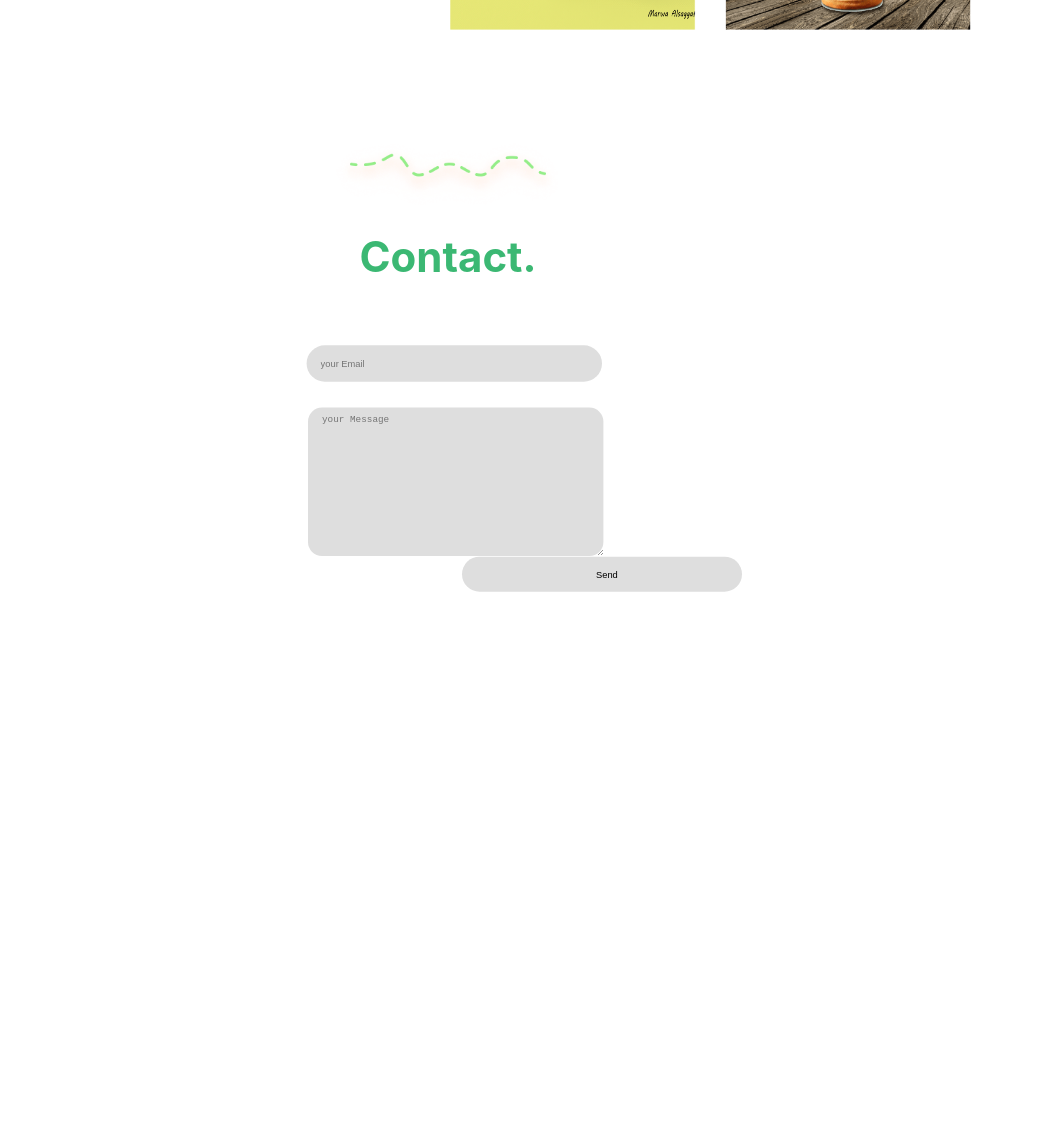
Repository: MEROO1010/Portfolio-2
Page: /
An editor plug-in stored every save of this project. The page is shown before and after the next save, followed by the edit.
The browser window is 1280 px wide. The page is 1500 px wide, so the pictures cover 1500 px, including what lies to the right of the window. The pictures show the part of the page from y = 4025 to 5665 px (the page is 5871 px tall), at 70% of full size.
The project was rebuilt for these pictures with package versions that can differ from the ones it lists, and the page was loaded fresh each time.

Above is the page before, as saved 2023-12-25 13:11:25.

### src/App.js
import './App.css';
import AboutMe from './components/AboutMe';
import Home from './components/Home';
import Navbar from './components/Navbar';
import Services from './components/Services';
import Portfolio from './components/Portfolio';
import Contact from './components/Contact';

function App() {
  return (
    <div className="App">
     <Navbar/>
     <Home/>
     <AboutMe/>
     <Services/>
     <Portfolio/>
     <Contact/>
    </div>
  );
}

export default App;

### src/components/AboutMe.js
import React from 'react'
import styled from "styled-components"
import ABOUTME from "../images/About me.png";

const AboutMe = () => {
  return (
    <Container >
      <img src={ABOUTME}alt=""/>

      <Title>
        <h1>About me</h1>

        <p>
        My name is Marwah Alsaggaf, and I'm a <br/>software developer in <br/>JavaScript,python,flutter and PHP
 and <br/>graphic designer. I  <br/>
            graduated from Arab Open <br/> University with a major in <br/>
             Information Technology and <br/>Computing
        </p>
      </Title>


    </Container>
  )
}


const Container = styled.div `
  img{
    position: relative;
    bottom:450px;
    width:1500px;
    height:1200px;
  }
`

const Title = styled.div `
 h1{
  position:relative;
  bottom:1300px;
  right:300px;
  font-size:50px;
 }

 p{
  position:relative;
  bottom:1250px;
  right:290px;
  font-size:30px;
 }
`

export default AboutMe

### src/components/Home.js
import React from 'react'
import HomeImage from "../images/header background.png";
import Circle from "../images/Green-circle.png";
import Behance from "../images/Behance.png";
import TwitterX from "../images/TwitterX.png";
import LinkedIn from "../images/LinkedIn.png";
import Instagram from "../images/Instagram.png";

import styled from "styled-components"


const Home = () => {
  return (
    <Container>
       <BackgroundImage>
       <img src={HomeImage}alt=""/>

       <h4>Hello! I’m</h4>

       <h3>Marwah Alsaggaf</h3>

       <h1>Graphic Designer &</h1>
       <h1>Full-stack Developer </h1>
       <CircleIcon>
       <img src={Circle}alt=""/>
       </CircleIcon>

       <ul >
            <li><a href='https://github.com/MEROO1010'><img src={Behance}alt=""/></a></li>
            <li><a href='https://www.instagram.com/meroo_alsaggaf/'><img src={TwitterX}alt=""/></a></li>
            <li><a href='https://www.behance.net/merooalsaggaf'><img src={LinkedIn}alt=""/></a></li>
            <li><a href='https://www.linkedin.com/in/marwah-alsaggaf-ba44011b2/'><img src={Instagram}alt=""/></a></li>
          </ul>

          <CVButton>
         <button>CV Here</button>
       </CVButton>
       </BackgroundImage>


    </Container>
  )
}

const Container = styled.div`

`

const BackgroundImage = styled.div `
 img{
  object-fit:cover;
  max-width: 100%;
    max-height: 100%;
  -o-object-fit: contain;
    object-fit: contain;
 }

 h4{
  position:relative;
  bottom:700px;
  right:450px;
  font-size:20px;
  color:#3BB873
 }

 h3{
  position:relative;
  bottom:690px;
  right:320px;
  font-size:30px;
  color:#3BB873
 }

 h1{
  position:relative;
  bottom:650px;
  right:200px;
  font-size:40px;
  color:#000
 }


  ul{
    position:relative;
   list-style-type: none;

  padding-left: 40px;
  bottom: 620px;
  right:240px;
  overflow: hidden;

  }

  li{
    display: inline;
    padding-left:60px;
    position:relative;
  }
`

const CircleIcon = styled.div`
  img{
    position:relative;
  bottom:700px;
  left:80px;


  }
`

const CVButton = styled.div `
  button{
    position:relative;
margin-left:40px;
right:200px;
bottom:550px;
width:120px;
height:40px;
font-size:16px;
border-radius:8px;
border:none;
background-color:#3BB873;
color:white;
}
`

export default Home

### src/components/Navbar.js
import React from 'react'
import styled from "styled-components"
import MYLOGO from "../images/white logo.png";

const Navbar = () => {
  return (
    <Container>
       <ul>
          <li>Home</li>
          <li>About Me</li>
          <li>Services</li>
          <li>Portfolio</li>
          <li>Contact</li>
       </ul>

       <Logo>
       <img src={MYLOGO}alt=""/>
       </Logo>

       <PortfolioButton>
         <button>Portfolio Here</button>
       </PortfolioButton>
    </Container>
  )
}


const Container = styled.div `
margin-top:8px;
height:8px;
  ul{
    position:relative;
   list-style-type: none;

  padding-left: 40px;
  top: 40px;
  left:20px;
  overflow: hidden;
  background-color: #fff;
  }

  li {
    font-size:20px;
    position:sticky;
    justifyContent: flex-end;
    display: flex;
    right:100px;
  float: left;
  padding-left: 20px;
  margin-left:120px;


}
li a {
  display: block;
  color: white;
  text-align: center;
  padding: 16px;
  text-decoration: none;
}

li a:hover {
  background-color: #111111;
}
`

const Logo = styled.div `
position:relative;
bottom:20px;
padding-bottom:80px;
 img{
 width:80px;
 height:80px;
 float: left;
 margin-left:40px;
 padding-bottom:4px;
 justifyContent: flex-end;

 }
`

const PortfolioButton = styled.div`

  button{
    position:relative;
margin-left:40px;
left:550px;
bottom:80px;
width:120px;
height:40px;
font-size:14px;
border-radius:8px;
background-color:black;
color:white;
  }
`

export default Navbar

### src/components/Services.js
import React from 'react'
import styled from "styled-components"
import Card1 from "../images/Card 1.png"
import Card2 from "../images/Card 2.png"
import Card3 from "../images/Card 3.png"
import Card4 from "../images/Card 4.png"


const Services = () => {
  return (
    <Container>
       <h1>Services</h1>
       <li>
        <ul><img src={Card1} alt=""/> </ul>
        <ul><img src={Card2} alt=""/> </ul>
        <ul><img src={Card3} alt=""/> </ul>
        <ul><img src={Card4} alt=""/> </ul>
       </li>

    </Container>
  )
}

const Container = styled.div`
h1{
  position:relative;
  bottom:900px;
  font-size:60px;
}

ul{
  display: inline-block;

}

li{
  list-style-type: none;
}

img{
  position:relative;
  bottom:800px;
  width:300px;
  height:300px;
}
`


export default Services

### src/components/Portfolio.js
import React from 'react'
import styled from 'styled-components'
import LOGO1 from "../images/logo.png"
import LOGO2 from "../images/logo1.png"
import LOGO3 from "../images/logo2.png"
import APP from "../images/appmockup.png"
import ADS from "../images/ads.png"

const Portfolio = () => {
  return (
    <Container>
         <h1>Our Regular Updated</h1>

         <Title>
           <h1>Portfolio.</h1>
         </Title>

         <IMAGES1>
            <img src={LOGO1} alt=""/>
         </IMAGES1>

         <IMAGES2>
             <table>
                <tr>
                    <td><img src={APP} alt=""/></td>
                    <td><img src={LOGO3} alt=""/></td>
                </tr>
                <tr>
                    <td><img src={LOGO2} alt=""/></td>
                    <td><img src={ADS} alt=""/></td>
                </tr>
             </table>
         </IMAGES2>
    </Container>
  )
}


const Container = styled.div`
 h1{
    position: relative;
    bottom:600px;
    font-weight:400;
    font-size:40px;
 }
`
const Title = styled.div`
h1{
    position: relative;
    bottom:600px;
    font-weight:800;
    color:#3BB873;
    font-size:38px;
 }
`

const IMAGES1 = styled.div `
 img{
    width:400px;
    height:640px;
    position:relative;
    bottom:500px;
    right:460px;
 }
`

const IMAGES2 =styled.div `
 table{
    position: relative;
    bottom:1240px;
    left:600px;
    padding-left:40px;
 }

 img{
    width:350px;
    height:350px;
 }

td {
   padding-right:40px;
   padding-top:40px;
}​
`

export default Portfolio

### src/components/Contact.js
import React from 'react'
import styled from 'styled-components'
import DOTS from "../images/dots.png"

const Contact = () => {
  return (
    <Container>
        <img src={DOTS} alt=""/>

        <h1>Contact.</h1>

        <ContactForm>
        <input type="text" placeholder="your Email"/>

        <textarea placeholder="your Message"/>

        <InputBtn>
        <input type="submit" value="Send"/>
        </InputBtn>
        </ContactForm>
    </Container>
  )
}


const Container = styled.div `
  img{
    position: relative;
    bottom: 1100px;
  }

  h1{
    position: relative;
    bottom: 1120px;
    font-size:60px;
    color:#3BB873;
  }
`

const ContactForm = styled.div `
  input{
    position: relative;
    bottom:1250px;
    left:220px;
    width: 400px;
    height:50px;
    border-radius:30px;
    border:0;
    background-color:#DEDEDE;
    padding-left:20px;
  }

  input:hover{
    border-color:transparent;
}

textarea {
    position: relative;
    bottom:980px;
    right:200px;
    width: 400px;
    height:200px;
    border-radius:20px;
    border:0;
    background-color:#DEDEDE;
    padding-left:20px;
    padding-top:10px;
}
`

const InputBtn = styled.div`
  input {
    position:relative;
    bottom:1000px;
    right:40px;
  }
`

export default Contact

Loaded but not shown: public/index.html (common file); src/index.js (common file); src/index.css (common file); src/reportWebVitals.js (common file); src/App.css (common file)

After the next save:
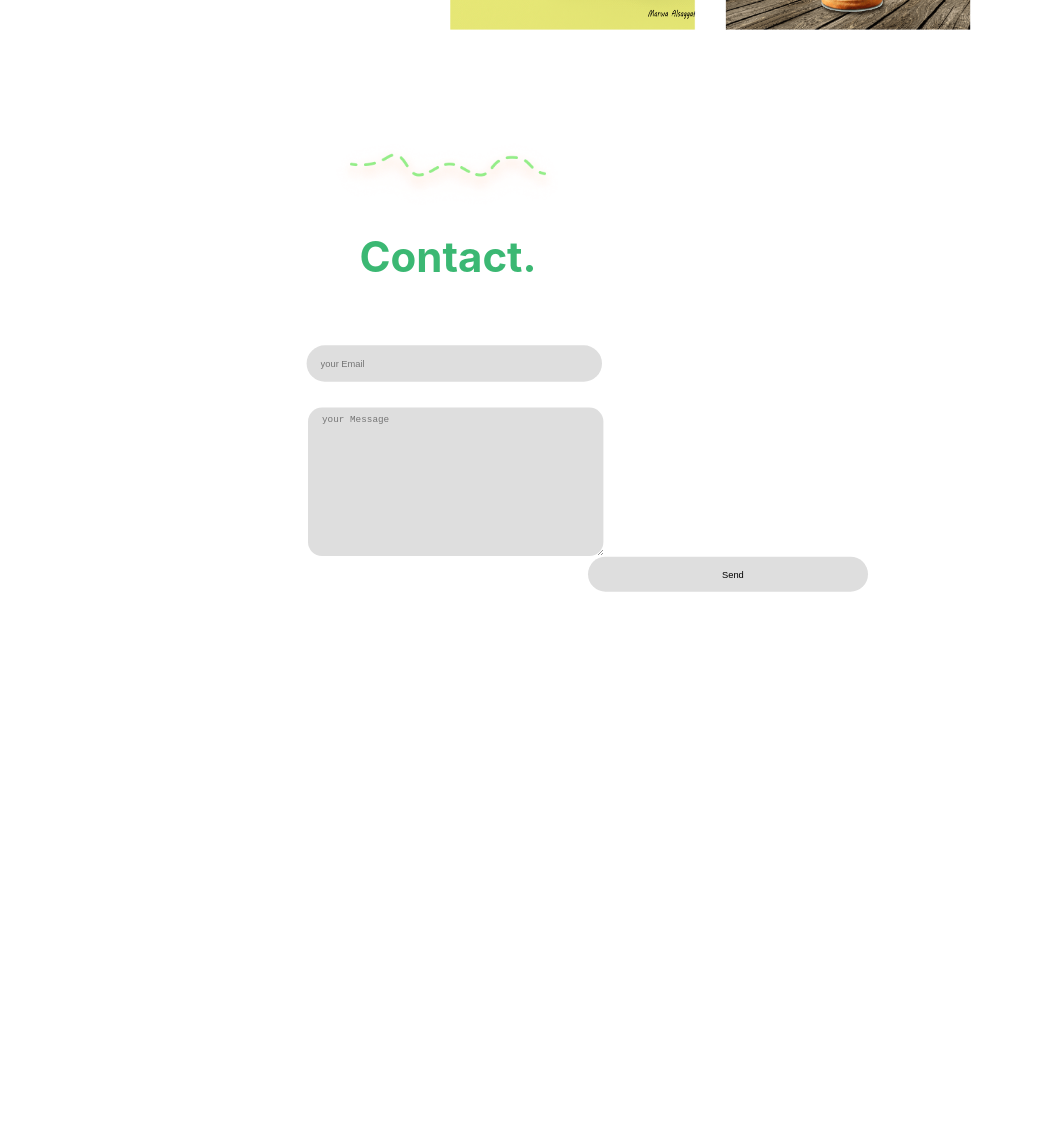
Saved 16 s later.
--- a/src/components/Contact.js
+++ b/src/components/Contact.js
@@ -72,7 +72,7 @@
   input {
     position:relative;
     bottom:1000px;
-    right:40px;
+    left:400px;
   }
 `
 

After the 2 saves that followed:
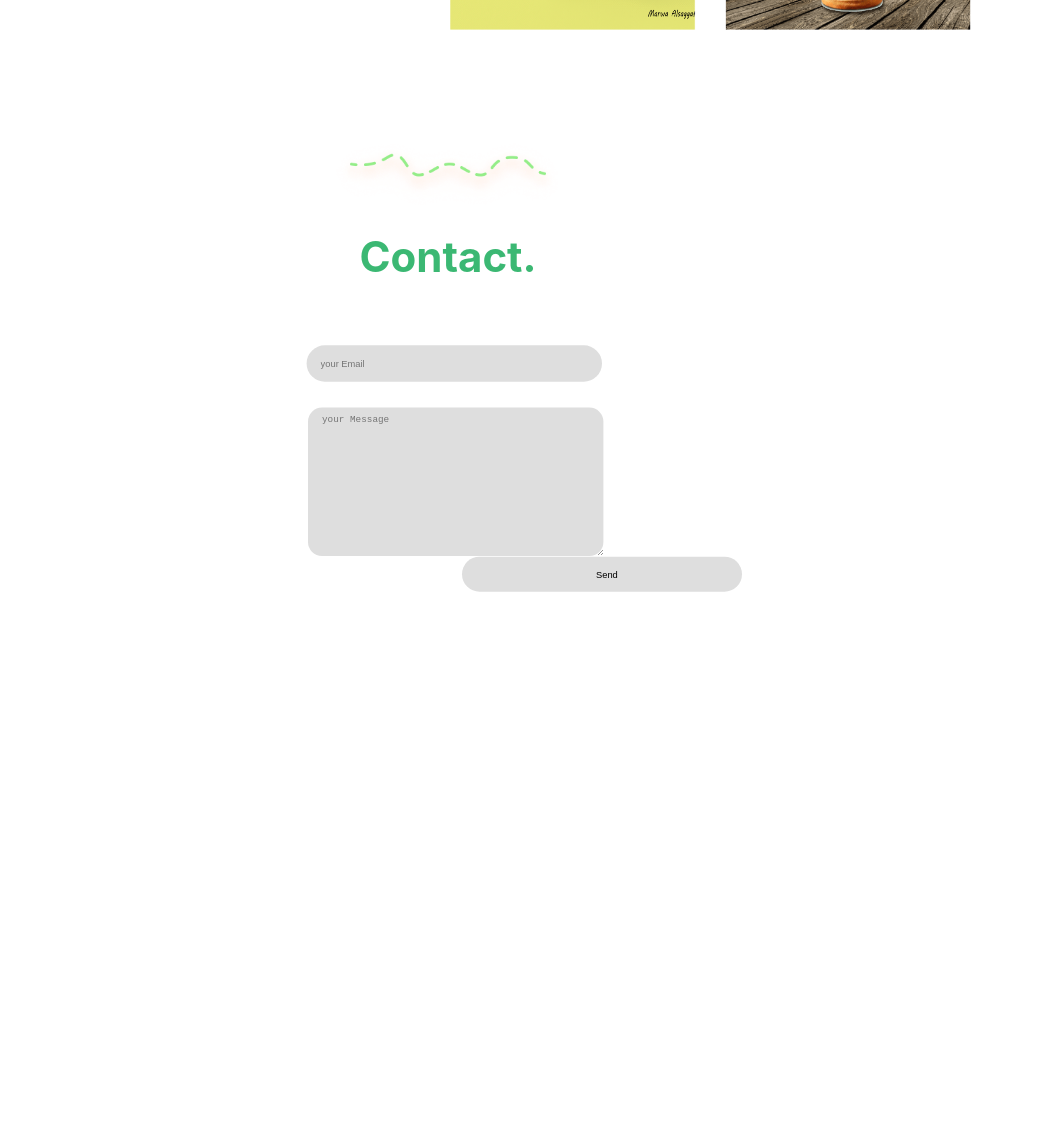
The 2 saves are shown as one change because they came seconds apart.
The last was saved 9 s later.
--- a/src/components/Contact.js
+++ b/src/components/Contact.js
@@ -72,7 +72,7 @@
   input {
     position:relative;
     bottom:1000px;
-    left:400px;
+    right:600px;
   }
 `
 
